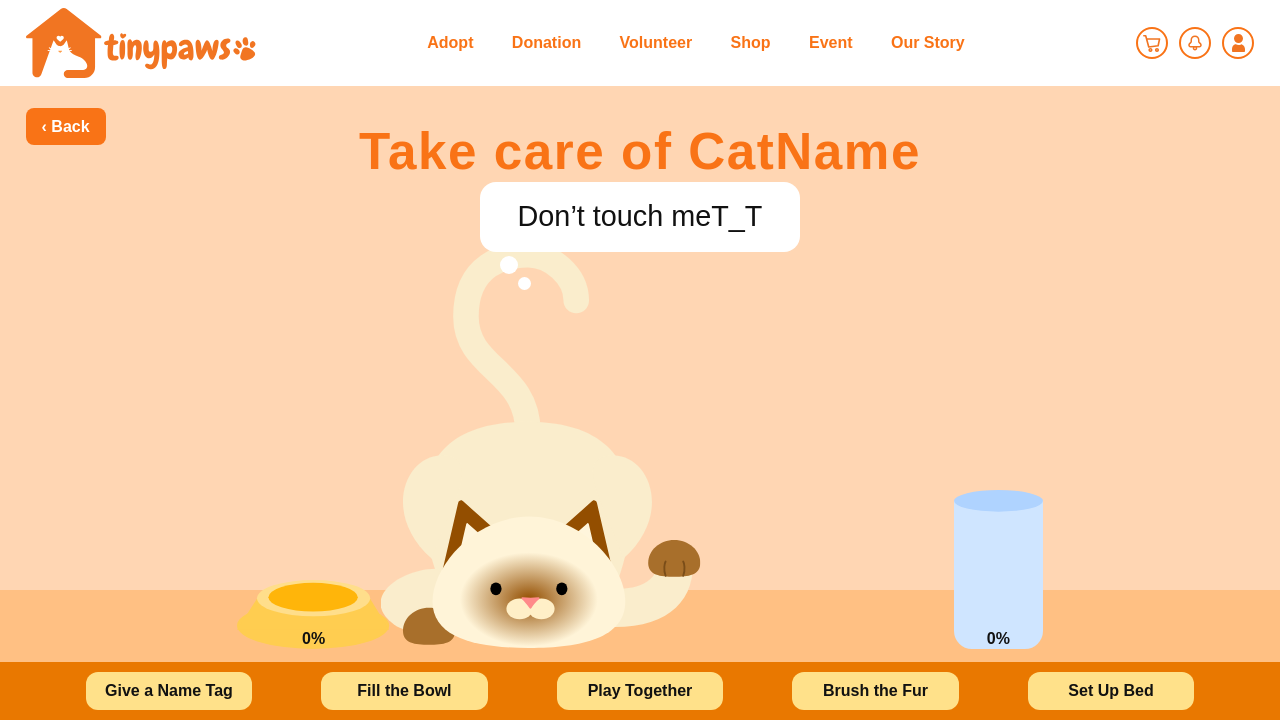
Repository: LShuyanLi/TinyPaws
Page: /, after clicking the first element matching `div > div`
The author's editor kept a copy of each file at every save. The page is drawn from the files as they stood at one save, then again after a run of saves.
The browser window is 1280 px wide. The pictures show the whole page.
The project was rebuilt for these pictures with package versions that can differ from the ones it lists, and the page was loaded fresh each time. The framework's server and built-in components were replaced by stand-ins that run in the browser. Also part of the build but not shown: next.config.mjs.

Above is the page before, as saved 2026-05-09 23:38:58.

### app/layout.js
import { Geist, Geist_Mono } from "next/font/google";
import "./globals.css";

const geistSans = Geist({
  variable: "--font-geist-sans",
  subsets: ["latin"],
});

const geistMono = Geist_Mono({
  variable: "--font-geist-mono",
  subsets: ["latin"],
});

export const metadata = {
  title: "Create Next App",
  description: "Generated by create next app",
};

export default function RootLayout({ children }) {
  return (
    <html lang="en" className={`${geistSans.variable} ${geistMono.variable}`}>
      <body>{children}</body>
    </html>
  );
}

### app/page.js
"use client";

import { useState } from "react";

import Header from "@/components/shared/Header";
import ChooseScreen from "@/components/shuyan/ChooseScreen";
import PlayScreen from "@/components/shuyan/PlayScreen";



export default function Home() {
  const [screen, setScreen] = useState("choose");
  const [selectedCat, setSelectedCat] = useState(null);

  function goToChoose() {
    setScreen("choose");
  }

  function goToPlay(catImage) {
    setSelectedCat(catImage);
    setScreen("play");
  }

  return (
    <main
      style={{
        width: "100vw",
        height: "100vh",
        margin: 0,
        overflow: "hidden",
        fontFamily: "Arial, Helvetica, sans-serif",
        backgroundColor: "#ffd6b3",
      }}
    >
      <Header />

      {screen === "choose" && (
        <ChooseScreen goToPlay={goToPlay} />
      )}

      {screen === "play" && (
        <PlayScreen
        goToChoose={goToChoose}
        selectedCat={selectedCat} />
      )}
    </main>
  );
}

### app/globals.css
:root {
  --background: #ffffff;
  --foreground: #171717;
}

@media (prefers-color-scheme: dark) {
  :root {
    --background: #0a0a0a;
    --foreground: #ededed;
  }
}

html {
  height: 100%;
}

html,
body {
  max-width: 100vw;
  overflow-x: hidden;
}

body {
  min-height: 100%;
  display: flex;
  flex-direction: column;
  color: var(--foreground);
  background: var(--background);
  font-family: Arial, Helvetica, sans-serif;
  -webkit-font-smoothing: antialiased;
  -moz-osx-font-smoothing: grayscale;
}

* {
  box-sizing: border-box;
  padding: 0;
  margin: 0;
}

a {
  color: inherit;
  text-decoration: none;
}

@media (prefers-color-scheme: dark) {
  html {
    color-scheme: dark;
  }
}

### components/shared/Header.jsx
// Displays the decorative top navigation area with the logo, nav menu, and icons.

export default function Header() {
  return (
    <header
      style={{
        width: "100%",
        height: "12vh",
        backgroundColor: "#ffffff",
        display: "flex",
        alignItems: "center",
        justifyContent: "space-between",
        padding: "0 2vw",
        boxSizing: "border-box",
      }}
    >
      <img
        src="/Logo.svg"
        alt="TinyPaws logo"
        style={{
          width: "18vw",
          minWidth: "150px",
          maxWidth: "270px",
          height: "auto",
        }}
      />

      <nav
        style={{
          display: "flex",
          gap: "3vw",
          color: "#f97316",
          fontWeight: "700",
          fontSize: "1rem",
        }}
      >
        <span>Adopt</span>
        <span>Donation</span>
        <span>Volunteer</span>
        <span>Shop</span>
        <span>Event</span>
        <span>Our Story</span>
      </nav>

      <div
        style={{
          display: "flex",
          gap: "0.7rem",
        }}
      >
        <button style={iconButtonStyle}>
         <img src="/chart.svg" style={iconImageStyle} />
        </button>

        <button style={iconButtonStyle}>
          <img src="/bell.svg" style={iconImageStyle} />
        </button>

        <button style={iconButtonStyle}>
         <img src="/user.svg" style={iconImageStyle} />
        </button>
      </div>
    </header>
  );
}

const iconButtonStyle = {
  width: "2rem",
  height: "2rem",
  border: "2px solid #f97316",
  borderRadius: "50%",
  backgroundColor: "#ffffff",
  color: "#f97316",
  cursor: "pointer",
  display: "flex",
  alignItems: "center",
  justifyContent: "center",
};

const iconImageStyle = {
  width: "1.1rem",
  height: "1.1rem",
  objectFit: "contain",
  display: "block",
};

### components/shuyan/ChooseScreen.jsx
import PokeCatBall from "@/components/shuyan/PokeCatBall";

export default function ChooseScreen({ goToPlay }) {

    return (
        <section
        style={{
            position: "relative",
            width: "100%",
            height: "88vh",
            backgroundColor: "#ffd6b3",
        }}
        >

        <h1
            style={{
            margin: 0,
            paddingTop: "5vh",
            textAlign: "center",
            color: "#f97316",
            fontSize: "clamp(2rem, 4vw, 3.3rem)",
            fontWeight: "700",
            letterSpacing: "0.03em",
            }}
        >
            Choose Your New Little Friend
        </h1>

        <div
            style={{
            position: "relative",
            zIndex: 5,
            width: "100%",
            display: "flex",
            justifyContent: "space-around",
            alignItems: "flex-start",
            marginTop: "8vh",
            padding: "0 4vw",
            boxSizing: "border-box",
            }}
        >
            <PokeCatBall
                closeBall="/CloseBall.svg"
                openBall="/OpenBall-1.svg"
                catImage="/cat-1.svg"
                goToPlay={goToPlay} />
            <PokeCatBall
                closeBall="/CloseBall.svg"
                openBall="/OpenBall-2.svg"
                catImage="/cat-2.svg"
                goToPlay={goToPlay} />
            <PokeCatBall
                closeBall="/CloseBall.svg"
                openBall="/OpenBall-3.svg"
                catImage="/cat-3.svg"
                goToPlay={goToPlay} />
        </div>

        <div
            style={{
            position: "absolute",
            left: 0,
            bottom: "7.5vh",
            width: "100%",
            height: "10vh",
            backgroundColor: "#ffc083",
            }}
        />

        <div
            style={{
            position: "absolute",
            left: 0,
            bottom: 0,
            width: "100%",
            height: "7.5vh",
            backgroundColor: "#e97800",
            }}
        />
        </section>
    );
}

### components/shuyan/PlayScreen.jsx
// PlayScreen.jsx: Builds the main cat play screen with the background, cat area, feeding area, tools, bed, and bottom buttons.

import BackButton from "@/components/shuyan/BackButton";
import BottomActionBar from "@/components/shuyan/BottomActionBar";
import CatDisplay from "@/components/shared/CatDisplay";
import FoodBowl from "@/components/Jinwon/FoodBowl";
import WaterBottle from "@/components/Jinwon/WaterBottle";
import CatEmotion from "@/components/Jessica/CatEmotion";

export default function PlayScreen({ goToChoose, selectedCat }) {
  return (
    <section
      style={{
        position: "relative",
        width: "100%",
        height: "88vh",
        backgroundColor: "#ffd6b3",
        overflow: "hidden",
      }}
    >
      <BackButton goToChoose={goToChoose}/>

      <h1
        style={{
          margin: 0,
          paddingTop: "5vh",
          textAlign: "center",
          color: "#f97316",
          fontSize: "clamp(2rem, 4vw, 3.3rem)",
          fontWeight: "700",
          letterSpacing: "0.03em",
          position: "relative",
          zIndex: 5,
        }}
      >
        Take care of CatName
      </h1>

      {/* Light orange ground */}
      <div
        style={{
          position: "absolute",
          left: 0,
          bottom: "8vh",
          width: "100%",
          height: "10vh",
          backgroundColor: "#ffc083",
          zIndex: 1,
        }}
      />

      {/* Main play area */}
      <div
        style={{
          position: "absolute",
          left: "50%",
          bottom: "10vh",
          transform: "translateX(-50%)",
          width: "75vw",
          height: "50vh",
          zIndex: 5,
        }}
      >
        <CatEmotion />
        <FoodBowl />
        <CatDisplay selectedCat={selectedCat}/>
        <WaterBottle />
      </div>

      <BottomActionBar />
    </section>
  );
}

### components/shuyan/PokeCatBall.jsx
"use client";
// Displays one selectable pokeCAT ball and shows its cat preview on hover.

import { useState } from "react";

export default function PokeCatBall({ closeBall, openBall, goToPlay, catImage }) {

    const [isHover, setIsHover] = useState(false);

    function pokecatBall() {
        if (!isHover) {
            return closeBall;
        } else {
            return openBall;
        }
    }

    return (
        <div
            onClick={() => goToPlay(catImage)}
            onMouseEnter={() => setIsHover(true)}
            onMouseLeave={() => setIsHover(false)}
            style={{
                width: "24vw",
                maxWidth: "380px",
                minWidth: "230px",
                height: "50vh",
                display: "flex",
                alignItems: "flex-start",
                justifyContent: "center",
                cursor: "pointer"
            }}
        >
        <img
            src={pokecatBall()}
            style={{
            width: "90%",
            objectFit: "contain",
            display: "block",
            }}
        />
        </div>
    );
}

### components/shuyan/BackButton.jsx
// Displays the back button and returns the user to the cat selection screen.


export default function BackButton({ goToChoose }) {
  return (
    <button
        onClick={goToChoose}
        style={{
            position: "absolute",
            top: "3vh",
            left: "2vw",
            backgroundColor: "#f97316",
            color: "#ffffff",
            border: "none",
            borderRadius: "8px",
            padding: "0.6rem 1rem",
            fontSize: "1rem",
            fontWeight: "600",
            cursor: "pointer",
            zIndex: 10,
      }}
    >
      ‹ Back
    </button>
  );
}

### components/shuyan/BottomActionBar.jsx
"use client";

// BottomActionBar.jsx: Displays the bottom interaction buttons and shows each hover bubble.

import { useState } from "react";

export default function BottomActionBar( {
  activeButton,
  setActiveButton,
  setSelectedBed, //these three are for the bed feature
  ballSpeed,
  setBallSpeed, //these two are for the play ball feature
  featherActive,
  setFeatherActive,
}) {
  return (
    <div
      style={{
        position: "absolute",
        left: 0,
        bottom: 0,
        width: "100%",
        height: "8vh",
        backgroundColor: "#e97800",
        display: "flex",
        alignItems: "center",
        justifyContent: "space-around",
        padding: "0 4vw",
        boxSizing: "border-box",
        zIndex: 20,
      }}
    >
      {/* Name button - Elina can connect this to NameTag modal later */}
      <div style={{ position: "relative" }}>
        <button style={buttonStyle}>Give a Name Tag</button>
      </div>

      {/* Feed button - Jinwon */}
      <div
        onMouseEnter={() => setActiveButton("feed")}
        onMouseLeave={() => setActiveButton(null)}
        style={{ position: "relative" }}
      >
        {activeButton === "feed" && (
          <div style={bubbleStyle}>
            <img src="/bubble-3.svg" style={bubbleBackgroundStyle} />

            {/* dry food option - Jinwon can add onClick here */}
            <img
              src="/dryfood.svg"
              style={{
                position: "absolute",
                top: "8%",
                left: "50%",
                transform: "translateX(-50%)",
                width: "45%",
                height: "auto",
                cursor: "pointer",
              }}
            />

            {/* wet food option - Jinwon can add onClick here */}
            <img
              src="/wetfood.svg"
              style={{
                position: "absolute",
                top: "34%",
                left: "50%",
                transform: "translateX(-50%)",
                width: "45%",
                height: "auto",
                cursor: "pointer",
              }}
            />

            {/* water option - Jinwon can add onClick here */}
            <img
              src="/water.svg"
              style={{
                position: "absolute",
                top: "60%",
                left: "50%",
                transform: "translateX(-50%)",
                width: "38%",
                height: "auto",
                cursor: "pointer",
              }}
            />
          </div>
        )}

        <button style={buttonStyle}>Fill the Bowl</button>
      </div>

      {/* Play button - Jonah handles ball/feather, Elina handles hand */}
      <div
        style={{ position: "relative" }}
      >
        {activeButton === "play" && (
          <div style={bubbleStyle}>
            <img src="/bubble-3.svg" style={bubbleBackgroundStyle} />

            {/* ball option - Jonah can add onClick here */}
            <img
              src="/ball.svg"
                onClick={() => {
                setFeatherActive(false);

                setBallSpeed(prev =>
                  prev === "stop"
                    ? "slow"
                    : prev === "slow"
                    ? "fast"
                    : "stop"
                );
              }}
              style={{
                position: "absolute",
                top: "8%",
                left: "50%",
                transform: "translateX(-50%)",
                width: "42%",
                height: "auto",
                cursor: "pointer",
                opacity: ballSpeed === "stop" ? 0.5 : 1
              }}
            />

            {/* feather option - Jonah can add onClick here */}
            <img
              src="/feather.svg"
              onClick={() => {
                setBallSpeed("stop");
                setFeatherActive(prev => !prev);
              }}
              style={{
                position: "absolute",
                top: "30%",
                left: "50%",
                transform: "translateX(-50%)",
                width: "55%",
                height: "auto",
                cursor: "pointer",
              }}
            />

            {/* hand option - Elina can add onClick here */}
            <img
              src="/hand.svg"
              style={{
                position: "absolute",
                top: "55%",
                left: "50%",
                transform: "translateX(-50%)",
                width: "42%",
                height: "auto",
                cursor: "pointer",
              }}
            />
          </div>
        )}

        <button
          style={buttonStyle}
          onClick={() =>
            setActiveButton(activeButton === "play" ? null : "play")
          }
        >Play Together</button>
      </div>

      {/* Brush button - Elina */}
      <div
        onMouseEnter={() => setActiveButton("brush")}
        onMouseLeave={() => setActiveButton(null)}
        style={{ position: "relative" }}
      >
        {activeButton === "brush" && (
          <div style={bubbleStyle}>
            <img src="/bubble-1.svg" style={bubbleBackgroundStyle} />

            {/* brush option - Elina can add onClick here */}
            <img
              src="/brush.svg"
              style={{
                position: "absolute",
                top: "22%",
                left: "50%",
                transform: "translateX(-50%)",
                width: "55%",
                height: "auto",
                cursor: "pointer",
              }}
            />
          </div>
        )}

        <button style={buttonStyle}>Brush the Fur</button>
      </div>

      {/* Bed button - Jonah */}
      <div
        style={{ position: "relative" }}
      >
        {activeButton === "bed" && (
          <div style={bubbleStyle}>
            <img src="/bubble-2.svg" style={bubbleBackgroundStyle} />

            {/* yellow bed option - Jonah can add onClick here */}
            <img
              src="/bed-1.svg"
              onClick={() => {
                setSelectedBed(prev =>
                  prev === "yellow" ? null : "yellow"
                );
              }}
              style={{
                position: "absolute",
                top: "12%",
                left: "50%",
                transform: "translateX(-50%)",
                width: "55%",
                height: "auto",
                cursor: "pointer",
              }}
            />

            {/* green bed option - Jonah can add onClick here */}
            <img
              src="/bed-2.png"
              onClick={() => {
                setSelectedBed(prev =>
                  prev === "green" ? null : "green"
                );
              }}
              style={{
                position: "absolute",
                top: "48%",
                left: "50%",
                transform: "translateX(-50%)",
                width: "55%",
                height: "auto",
                cursor: "pointer",
              }}
            />
          </div>
        )}

        <button
          style={buttonStyle}
          onClick={() =>
            setActiveButton(activeButton === "bed" ? null : "bed")
          }
        >Set Up Bed</button>
      </div>
    </div>
  );
}

const buttonStyle = {
  width: "13vw",
  minWidth: "150px",
  maxWidth: "200px",
  height: "2.4rem",
  border: "none",
  borderRadius: "12px",
  backgroundColor: "#ffe18a",
  color: "#111111",
  fontSize: "1rem",
  fontWeight: "600",
  cursor: "pointer",
};

const bubbleStyle = {
  position: "absolute",
  left: "50%",
  bottom: "3.4rem",
  transform: "translateX(-50%)",
  width: "7vw",
  minWidth: "95px",
  maxWidth: "140px",
  zIndex: 40,
};

const bubbleBackgroundStyle = {
  width: "100%",
  height: "auto",
  display: "block",
};

### components/shared/CatDisplay.jsx
// CatDisplay.jsx: Displays the selected cat image on the play screen.

export default function CatDisplay({
  selectedBed,
  ballSpeed,
  featherActive,
}) {
  let catImage = "/cat-1.svg";

  let catStyle = {
    width: "65%",
    height: "65%",
    objectFit: "contain",
    position: "absolute",
    bottom: "0px",
    left: "10px",
  };

  if (featherActive) {
    catImage = "/catreach-1.svg";

    catStyle = {
      ...catStyle,
      width: "300%",
    }

  } else if (ballSpeed !== "stop") {
    catImage = "/catcrouch-1.svg";
  }

  return (
    <div
      style={{
        position: "absolute",
        left: "50%",
        bottom: "0",
        transform: "translateX(-50%)",
        zIndex: 1,
      }}
    >
      {selectedBed === "yellow" && (
        <img
          src="/yellow-bed.svg"
          style={{
            position: "absolute",
            bottom: "-130px",
            left: "50%",
            transform: "translateX(-50%)",
            width: "30vw",
            minWidth: "200px",
            zIndex: 0,
          }}
        />
      )}

      {selectedBed === "green" && (
        <img
          src="/green-bed.svg"
          style={{
            position: "absolute",
            bottom: "-130px",
            left: "50%",
            transform: "translateX(-50%)",
            width: "30vw",
            minWidth: "200px",
            zIndex: 0,
          }}
        />
      )}
      <div
        style={{
          width: "625px",
          height: "625px",
          position: "relative",
        }}
      >
        <img
          src={catImage}
          style={catStyle}
        />
      </div>
    </div>
  );
}

### components/Jinwon/FoodBowl.jsx
// FoodBowl.jsx: Displays the bowl and shows dry or wet food when the bowl is clicked.

export default function FoodBowl({ bowlType }) {
  const isBowlFilled = bowlType === "dry" || bowlType === "wet";
  const fillImage = bowlType === "wet" ? "/wetfood.svg" : "/dryfood.svg";

  return (
    <div
      style={{
        position: "absolute",
        left: "8%",
        bottom: "0",
        zIndex: 10,
        textAlign: "center",
      }}
    >
      <img
        src="/bowl.svg"
        style={{
          width: "12vw",
          minWidth: "120px",
          maxWidth: "190px",
          height: "auto",
          display: "block",
        }}
      />

      {isBowlFilled && (
        <img
          src={fillImage}
          style={{
            position: "absolute",
            left: "50%",
            bottom: "22px",
            transform: "translateX(-50%)",
            width: "50%",
            height: "auto",
          }}
        />
      )}

      <p
        style={{
          margin: "-1.2rem 0 0",
          color: "#111111",
          fontSize: "1rem",
          fontWeight: "700",
        }}
      >
        {isBowlFilled ? "100%" : "0%"}
      </p>
    </div>
  );
}

### components/Jinwon/WaterBottle.jsx
// WaterBottle.jsx: Displays the water bottle and shows water level when the bottle is clicked.

export default function WaterBottle({ hasWater }) {
  const isBottleFilled = hasWater;

  return (
    <div
      style={{
        position: "absolute",
        right: "8%",
        bottom: "0",
        zIndex: 10,
        textAlign: "center",
      }}
    >
      <img
        src="/water-bottle.svg"
        style={{
          width: "7vw",
          minWidth: "80px",
          maxWidth: "130px",
          height: "auto",
          display: "block",
        }}
      />

      {isBottleFilled && (
        <img
          src="/water.svg"
          style={{
            position: "absolute",
            left: "50%",
            bottom: "22px",
            transform: "translateX(-50%)",
            width: "44%",
            height: "auto",
          }}
        />
      )}

      <p
        style={{
          margin: "-1.2rem 0 0",
          color: "#111111",
          fontSize: "1rem",
          fontWeight: "700",
        }}
      >
        {isBottleFilled ? "100%" : "0%"}
      </p>
    </div>
  );
}

### components/Jessica/CatEmotion.jsx
// CatEmotion.jsx: Displays the cat’s emotion emoji and thought bubble based on interaction results.

export default function CatEmotion() {
  return (
    <div
      style={{
        position: "absolute",
        left: "50%",
        bottom: "55vh",
        transform: "translateX(-50%)",
        zIndex: 30,
      }}
    >
      {/* Thought bubble box */}
      <div
        style={{
          position: "relative",
          width: "320px",
          minHeight: "70px",
          backgroundColor: "#ffffff",
          borderRadius: "16px",
          display: "flex",
          alignItems: "center",
          justifyContent: "center",
          padding: "0 1.5rem",
          boxSizing: "border-box",
          color: "#111111",
          fontSize: "1.8rem",
          fontWeight: "400",
        }}
      >
        Don’t touch meT_T
      </div>

      {/* Small bubble dots */}
      <div
        style={{
          position: "absolute",
          left: "20px",
          bottom: "-22px",
          width: "18px",
          height: "18px",
          backgroundColor: "#ffffff",
          borderRadius: "50%",
        }}
      />

      <div
        style={{
          position: "absolute",
          left: "38px",
          bottom: "-38px",
          width: "13px",
          height: "13px",
          backgroundColor: "#ffffff",
          borderRadius: "50%",
        }}
      />
    </div>
  );
}

After the next 3 saves:
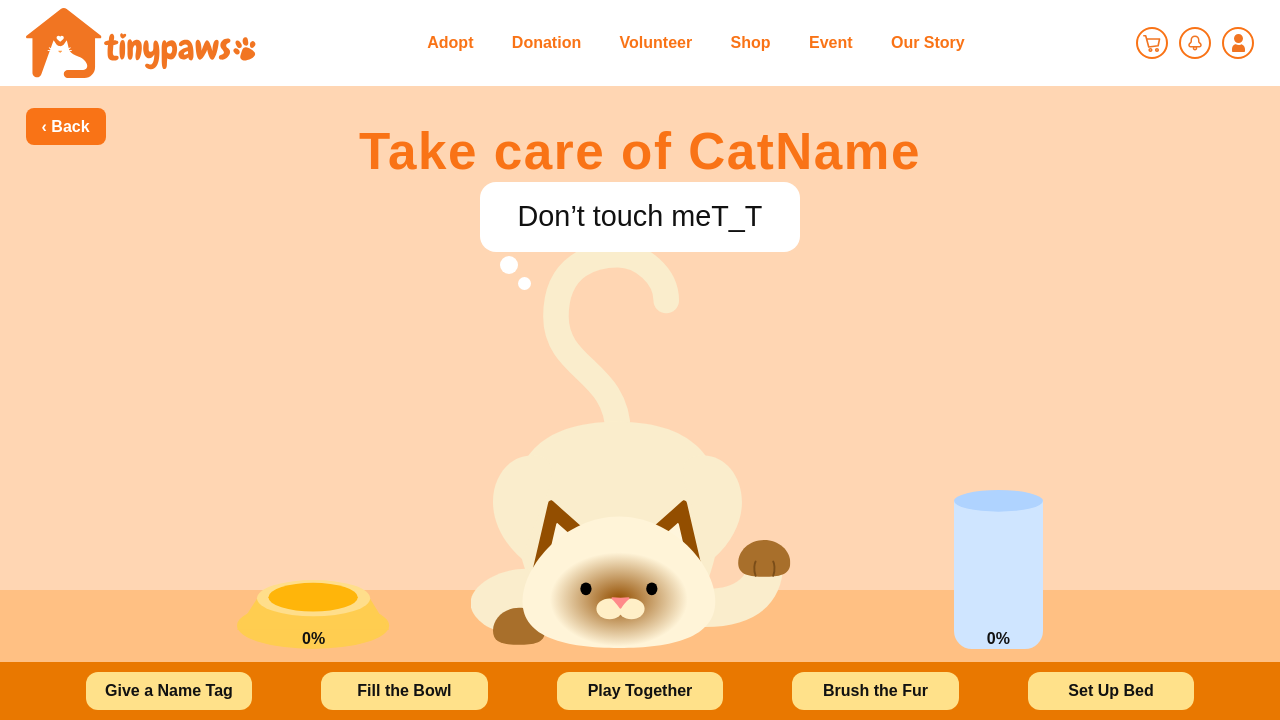
The 3 saves are shown as one change because they came seconds apart.
The last was saved 10 s later.
--- a/components/shared/CatDisplay.jsx
+++ b/components/shared/CatDisplay.jsx
@@ -13,7 +13,7 @@ export default function CatDisplay({
     objectFit: "contain",
     position: "absolute",
     bottom: "0px",
-    left: "10px",
+    left: "100px",
   };
 
   if (featherActive) {
